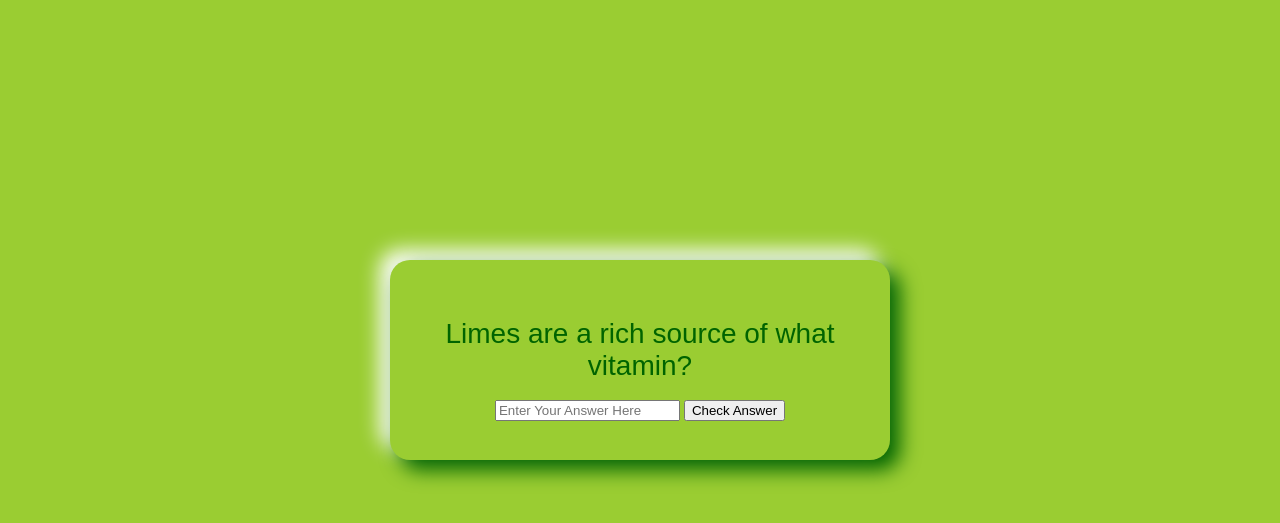
Repository: Joseph061200/Dynamic_Lab2
Page: joseph.html
An editor plug-in stored every save of this project. The page is shown before and after the next save, followed by the edit.
The browser window is 1280 px wide. The pictures show the whole page.

Above is the page before, as saved 2020-02-20 14:33:55.

### joseph.html
<!DOCTYPE html>
<html>
    <head>
        <title>Joseph</title>
        <link rel="stylesheet" href="joseph.css">
    </head>
    <body>
        <div class="app">
            <div class="pop_up question">
                <h1 class="h1">Limes are a rich source of what vitamin?</h1>
                <div>
                    <input id="answer" type="text" placeholder="Enter Your Answer Here">
                    <button onclick="CheckAnswer()">Check Answer</button>
                </div>
                <div id="h_r"></div>
            </div>
        </div>
        <script src="joseph.js"></script>
    </body>
</html>

### joseph.css
body,html {
    margin: 0;
}
.app{
    width: 100vw;
    height: 100vh;
    display: flex;
    justify-content: center;
    align-items: center;
    background-color: yellowgreen;
}
.pop_up{
    width: 500px;
    height: 200px;
    display: flex;
    flex-direction: column;
    justify-content: center;
    align-items: center;
    background-color: yellowgreen;
    border-radius: 20px;
    box-shadow: 10px 10px 20px darkgreen,-10px -10px 20px white;

}
h1 {
    font-family: sans-serif;
    font-size: 28px;
    font-weight: 300;
    text-align: center;
    color: darkgreen;
}

### joseph.js
function CheckAnswer(){
    var myInput = document.querySelector("#answer").value;
    console.log(myInput);
    if (myInput === "C"){
        // alert("Correct!");
        document.querySelector("#h_r").innerHTML = "<h1>Correct!<h1/>"
    }else {
        // alert("wrong");
        document.querySelector("#h_r").innerText = "<h1>Incorrect!<h1/>"
    }
}

After the next save:
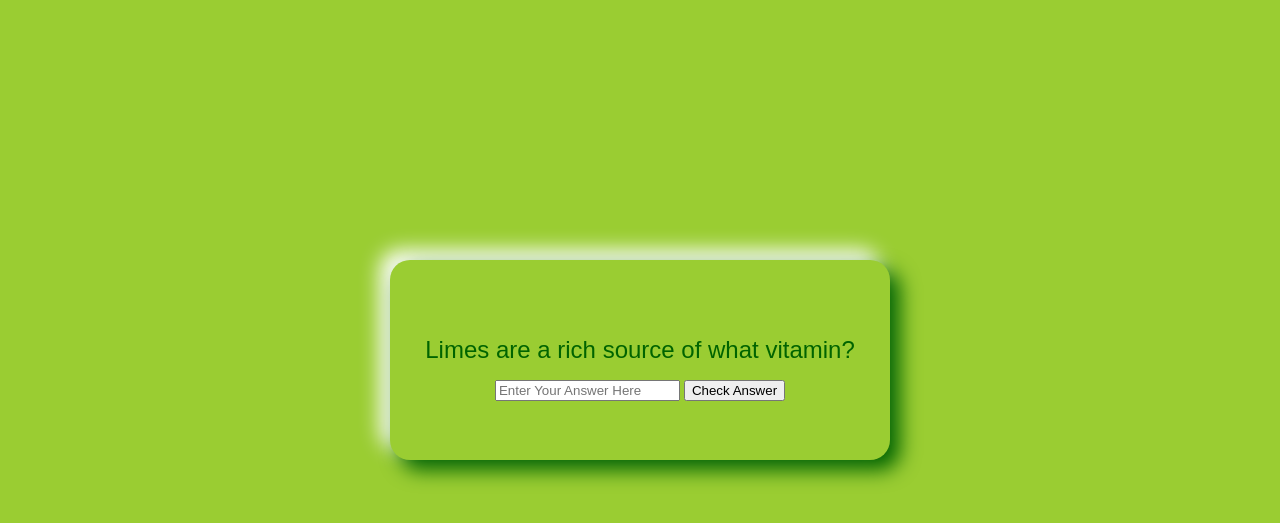
Saved 9 s later.
--- a/joseph.css
+++ b/joseph.css
@@ -23,7 +23,7 @@ body,html {
 }
 h1 {
     font-family: sans-serif;
-    font-size: 28px;
+    font-size: 24px;
     font-weight: 300;
     text-align: center;
     color: darkgreen;
